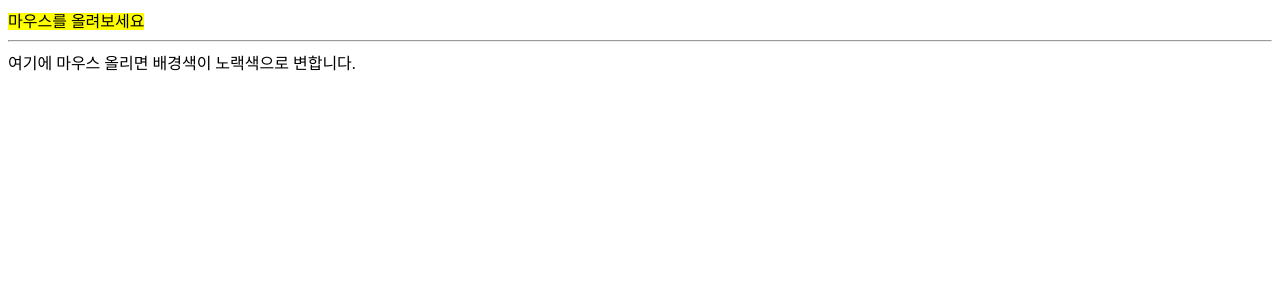
Repository: jin4344/study
Page: 종합실습/task01.html
An editor plug-in stored every save of this project. The page is shown before and after the next save, followed by the edit.
The browser window is 1280 px wide. The pictures show the whole page.
The pointer rests on the first visible `#hover`.

Above is the page before, as saved 2023-05-27 17:40:19.

After the next save:
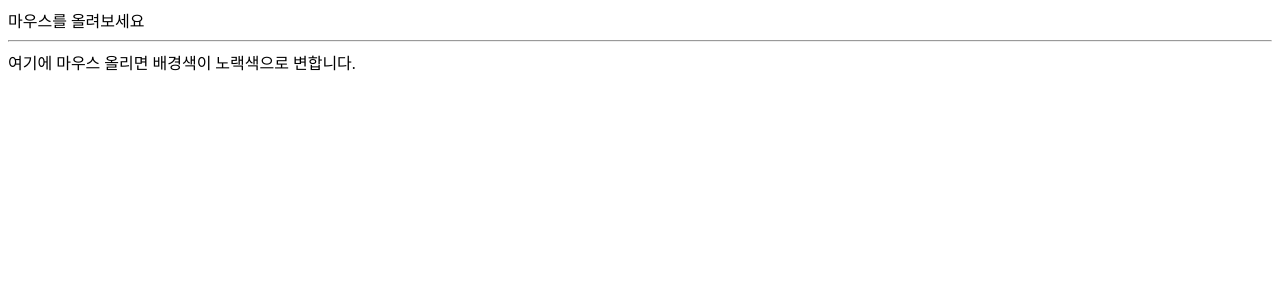
Saved 37 s later.
--- a/종합실습/task01.html
+++ b/종합실습/task01.html
@@ -9,9 +9,6 @@
       #hover {
         background: white;
       }
-      #hover:hover {
-        background: yellow;
-      }
     </style>
   </head>
   <body>
